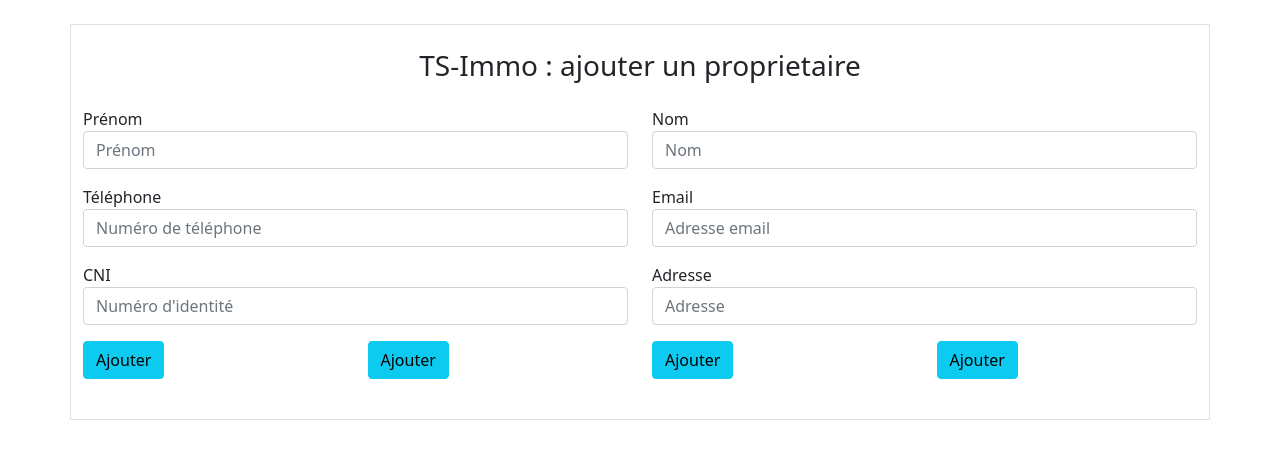
Repository: saliou-t/TS-IMMO
Page: http://localhost/src/views/proprietaire/new.html.php
The author's editor kept a copy of each file at every save. The page is drawn from the files as they stood at one save, then again after a run of saves.
The browser window is 1280 px wide. The pictures show the whole page.
The page is run by PHP 8.4 with error messages shown; the project is at /var/www/html/.

Above is the page before, as saved 2022-04-03 14:46:27.

### src/views/proprietaire/new.html.php
<!DOCTYPE html>
<html lang="en">
<head>
    <meta charset="UTF-8">
    <meta http-equiv="X-UA-Compatible" content="IE=edge">
    <meta name="viewport" content="width=device-width, initial-scale=1.0">
    <link href="https://cdn.jsdelivr.net/npm/bootstrap@5.1.3/dist/css/bootstrap.min.css" rel="stylesheet" integrity="sha384-1BmE4kWBq78iYhFldvKuhfTAU6auU8tT94WrHftjDbrCEXSU1oBoqyl2QvZ6jIW3" crossorigin="anonymous">
    <title>Ajouter Proprietaire</title>

</head>
<body>

<div class="container jumbotron">
    <div class="row border py-4 my-4">
        <h3 class="text-center ">TS-Immo : ajouter un proprietaire</h3>
        <form action="" methode="POST">
            <div class="row my-3">
                <div class="col">
                    <label for="Prénom">Prénom</label>
                    <input class="form-control" name ="prenom" type="text" placeholder="Prénom">
                </div>
                <div class="col">
                    <label for="nom">Nom</label>
                    <input class="form-control" name="nom" type="text" placeholder="Nom">
                </div>
            </div>
            <div class="row my-3">
                <div class="col">
                    <label for="telephone">Téléphone</label>
                    <input class="form-control" name="telephone" type="text" placeholder="Numéro de téléphone">
                </div>
                <div class="col">
                    <label for="email">Email</label>
                    <input class="form-control" name="email" type="text" placeholder="Adresse email">
                </div>
            </div>
            <div class="row">
                <div class="col">
                    <label for="cni">CNI</label>
                    <input class="form-control" name="CNI" type="text" placeholder="Numéro d'identité">
                </div>
                <div class="col">
                    <label for="adresse">Adresse</label>
                    <input class="form-control" name="adresse" type="text" placeholder="Adresse">
                </div>
            </div>
            <div class="row my-3">
                <div class="col ">
                    <div class="btn btn-info mx-auto">Ajouter</div>
                </div>
                <div class="col ">
                    <div class="btn btn-info mx-auto">Ajouter</div>
                </div>
                <div class="col ">
                    <div class="btn btn-info mx-auto">Ajouter</div>
                </div>
                <div class="col ">
                    <div class="btn btn-info mx-auto">Ajouter</div>
                </div>

            </div>
        </form>
    </div>
</div>
</body>
</html>

After the next 3 saves:
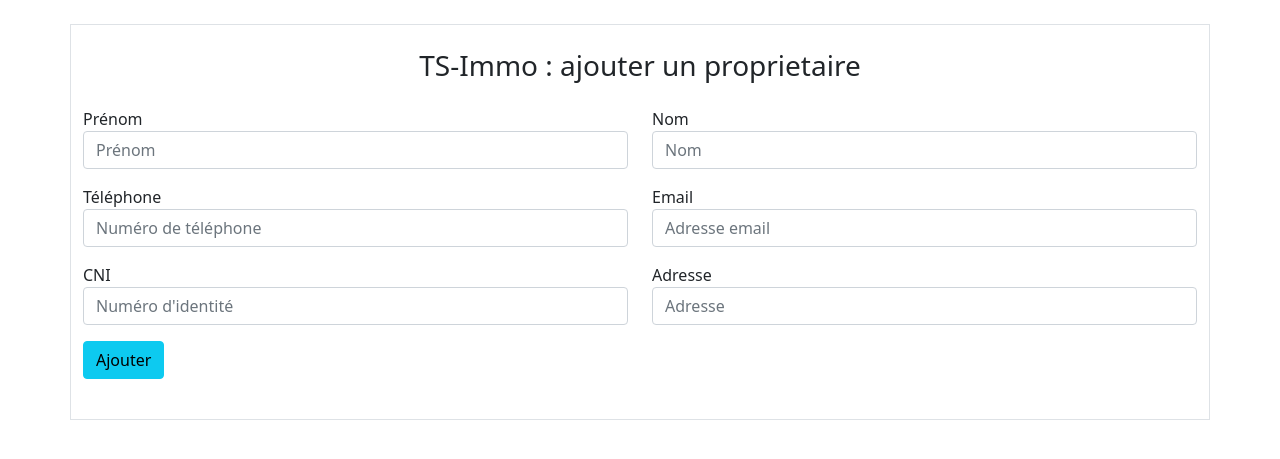
The 3 saves are shown as one change because they came seconds apart.
The last was saved 17 s later.
--- a/src/views/proprietaire/new.html.php
+++ b/src/views/proprietaire/new.html.php
@@ -48,16 +48,6 @@
                 <div class="col ">
                     <div class="btn btn-info mx-auto">Ajouter</div>
                 </div>
-                <div class="col ">
-                    <div class="btn btn-info mx-auto">Ajouter</div>
-                </div>
-                <div class="col ">
-                    <div class="btn btn-info mx-auto">Ajouter</div>
-                </div>
-                <div class="col ">
-                    <div class="btn btn-info mx-auto">Ajouter</div>
-                </div>
-
             </div>
         </form>
     </div>
